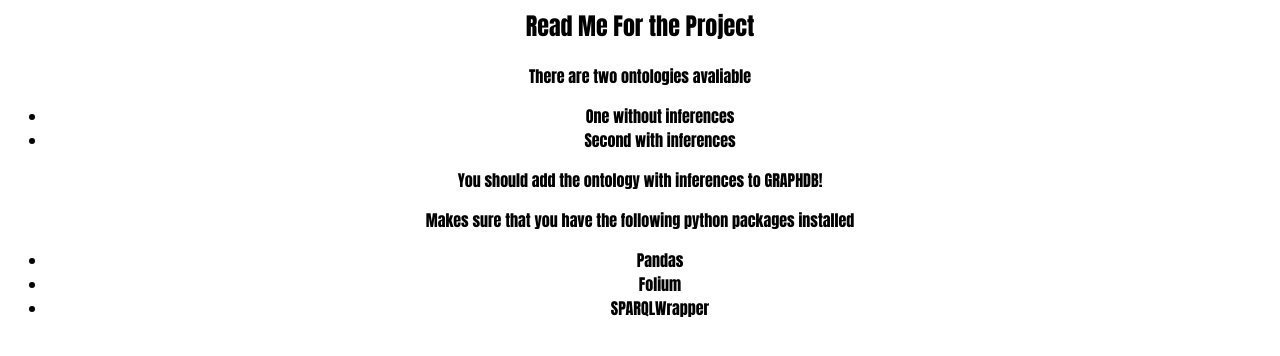
Repository: pawelpiwowarski/Knowledge_and_Data
Page: README.html
The author's editor kept a copy of each file at every save. The page is drawn from the files as they stood at one save, then again after the next save.
The browser window is 1280 px wide. The pictures show the whole page.

Above is the page before, as saved 2022-10-27 22:06:37.

### README.html

<html>
<head>

<title>README</title>
<style>

body { font-family: Impact, Haettenschweiler, 'Arial Narrow Bold', sans-serif; font-size: 12pt; text-align: center; }
</style>
</head>
<body>
<h2> Read Me For the Project</h2>
<p> There are two ontologies avaliable</p>
<ul>
<li>
One without inferences
</li>
<li>
Second with inferences
</li>
</ul>

<p> You should add the ontology with inferences to GRAPHDB! </p>

<p> Makes sure that you have the following python packages installed<p>

<ul>
<li>
Pandas
</li>
<li>
Folium
</li>
<li>
SPARQLWrapper
</li>
</ul>
</body>
</html>

After the next save:
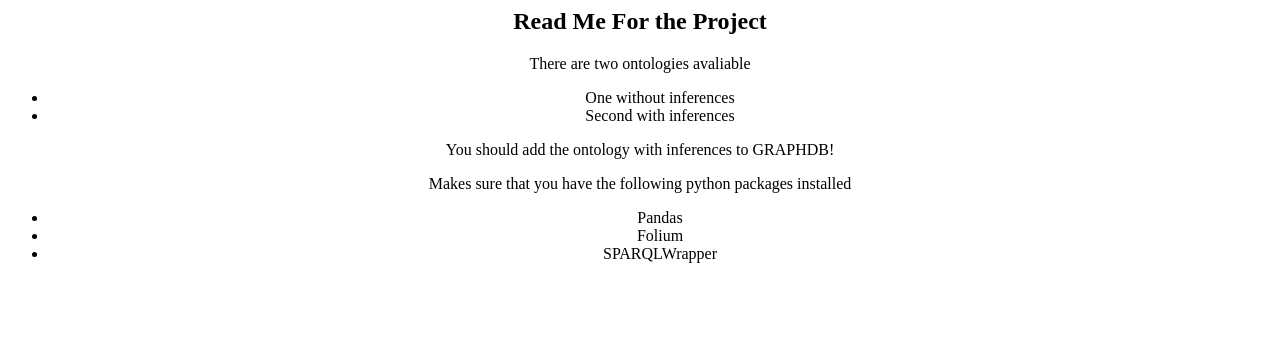
Saved 7 s later.
--- a/README.html
+++ b/README.html
@@ -5,7 +5,7 @@
 <title>README</title>
 <style>
 
-body { font-family: Impact, Haettenschweiler, 'Arial Narrow Bold', sans-serif; font-size: 12pt; text-align: center; }
+body { font-family: 'Times New Roman', Times, serif; font-size: 12pt; text-align: center; }
 </style>
 </head>
 <body>
